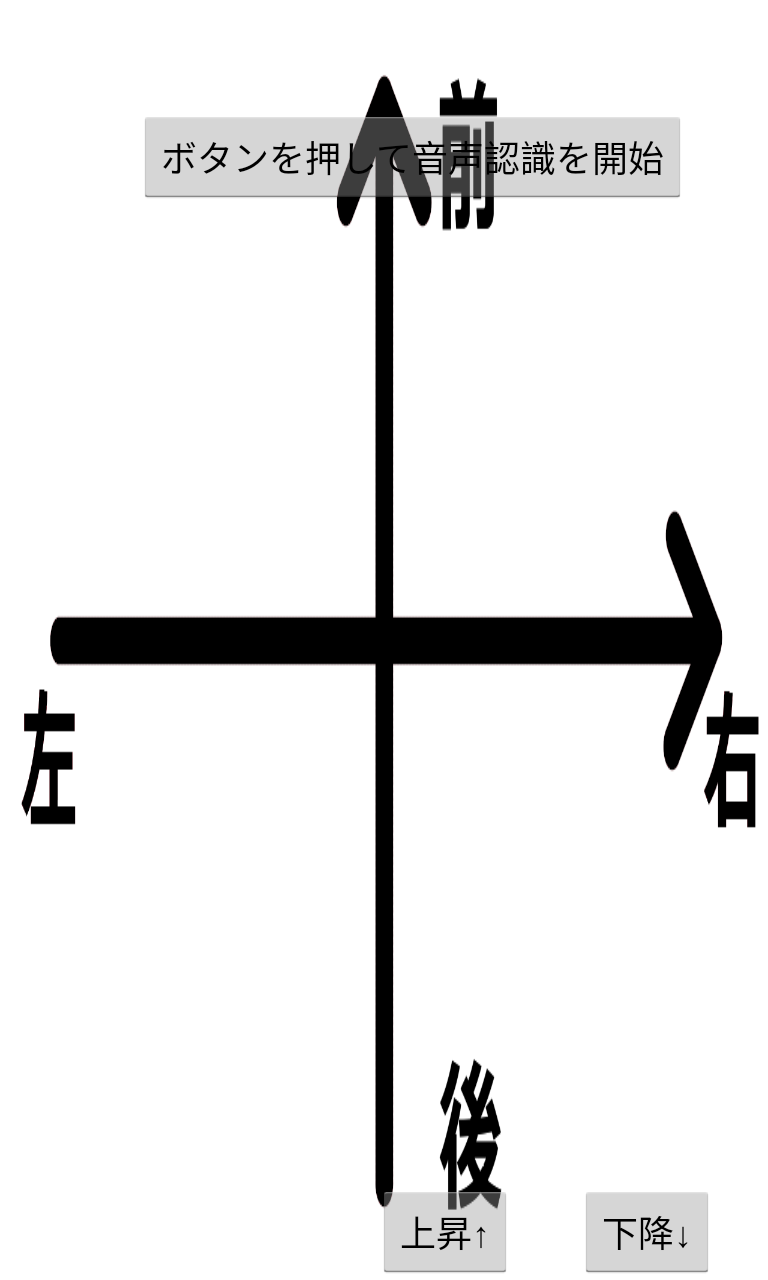
Repository: uinchester/sotuken
Layout: workspace/getCoordinate/res/layout/activity_main.xml
An editor plug-in stored every save of this project. The layout is shown before and after the next save, followed by the edit.
It is drawn on a 768 x 1280 px phone screen (xhdpi) without system bars, with theme AppTheme; the app's code is not run.

Above is the layout before, as saved 2013-10-01 09:19:17.

### workspace/getCoordinate/res/layout/activity_main.xml
<RelativeLayout xmlns:android="http://schemas.android.com/apk/res/android"
    xmlns:tools="http://schemas.android.com/tools"
    android:layout_width="match_parent"
    android:layout_height="match_parent"
    android:background="@drawable/hani7"
    android:orientation="vertical"
     >

    <TextView
        android:id="@+id/text"
        android:layout_width="wrap_content"
        android:layout_height="wrap_content"
        android:layout_alignParentLeft="true"
        android:layout_alignParentTop="true"
        android:layout_marginLeft="82dp"
        android:layout_marginTop="33dp"
        android:textSize="50sp" />

    <TextView
        android:id="@+id/text2"
        android:layout_width="wrap_content"
        android:layout_height="wrap_content"
        android:layout_alignLeft="@+id/text"
        android:layout_below="@+id/text"
        android:layout_marginTop="24dp"
        android:textSize="50sp" />

    <Button
        android:id="@+id/button1"
        android:layout_width="wrap_content"
        android:layout_height="wrap_content"
        android:layout_alignParentBottom="true"
        android:layout_alignParentRight="true"
        android:layout_marginRight="127dp"
        android:text="上昇↑" />

    <Button
        android:id="@+id/button2"
        android:layout_width="wrap_content"
        android:layout_height="wrap_content"
        android:layout_alignParentBottom="true"
        android:layout_alignParentRight="true"
        android:layout_marginRight="26dp"
        android:text="下降↓" />

    <Button
        android:id="@+id/button"
        android:layout_width="wrap_content"
        android:layout_height="wrap_content"
        android:layout_alignBaseline="@+id/text"
        android:layout_alignBottom="@+id/text"
        android:layout_alignRight="@+id/button2"
        android:layout_marginRight="14dp"
        android:text="ボタンを押して音声認識を開始" />

</RelativeLayout>

Loaded but not shown: workspace/getCoordinate/res/values-v11/styles.xml (common file); workspace/getCoordinate/res/values/styles.xml (common file)

After the next save:
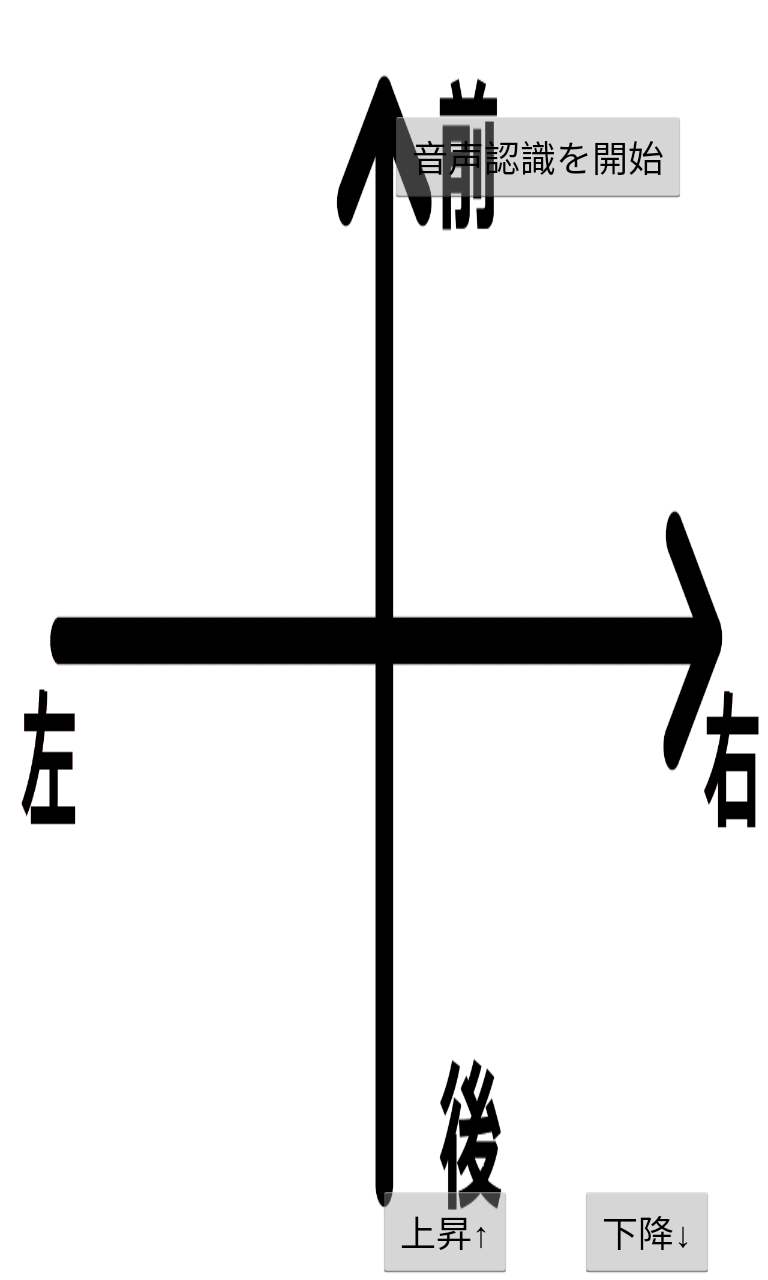
Saved 12 s later.
--- a/workspace/getCoordinate/res/layout/activity_main.xml
+++ b/workspace/getCoordinate/res/layout/activity_main.xml
@@ -51,6 +51,6 @@
         android:layout_alignBottom="@+id/text"
         android:layout_alignRight="@+id/button2"
         android:layout_marginRight="14dp"
-        android:text="ボタンを押して音声認識を開始" />
+        android:text="音声認識を開始" />
 
 </RelativeLayout>
